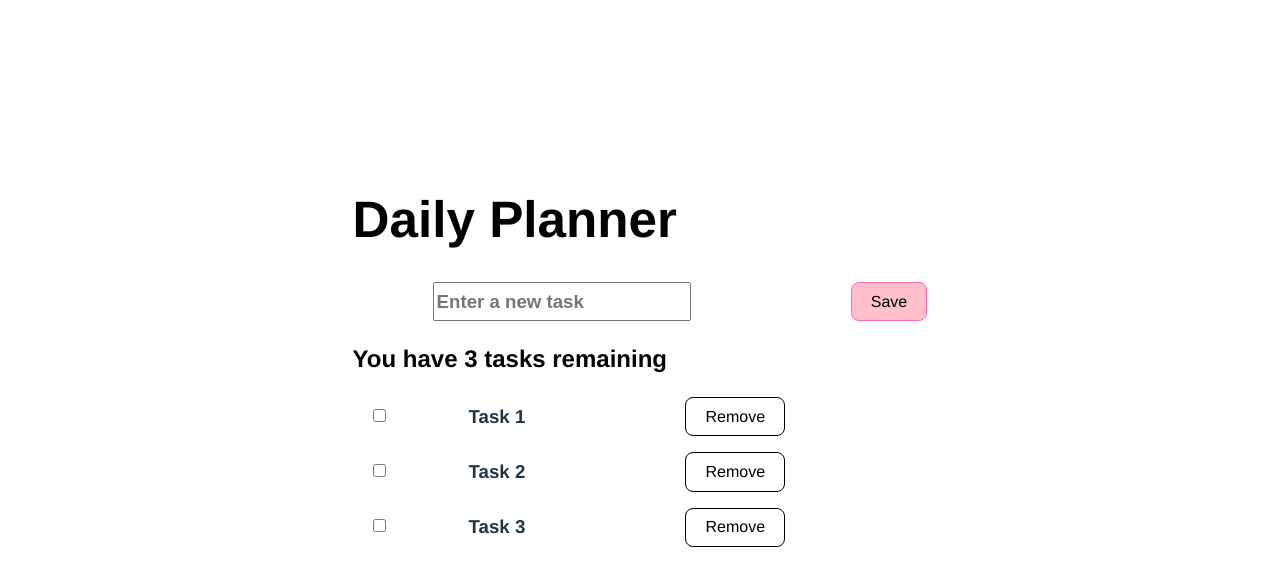
Repository: MonicaNguyenH/Frontend_Assignment6
Page: / (app in react/)
An editor plug-in stored every save of this project. The page is shown before and after the next save, followed by the edit.
The browser window is 1280 px wide. The pictures show the whole page.
The project was rebuilt for these pictures with package versions that can differ from the ones it lists, and the page was loaded fresh each time. Also part of the build but not shown: react/vite.config.js.

Above is the page before, as saved 2024-10-11 01:01:46.

After the next save:
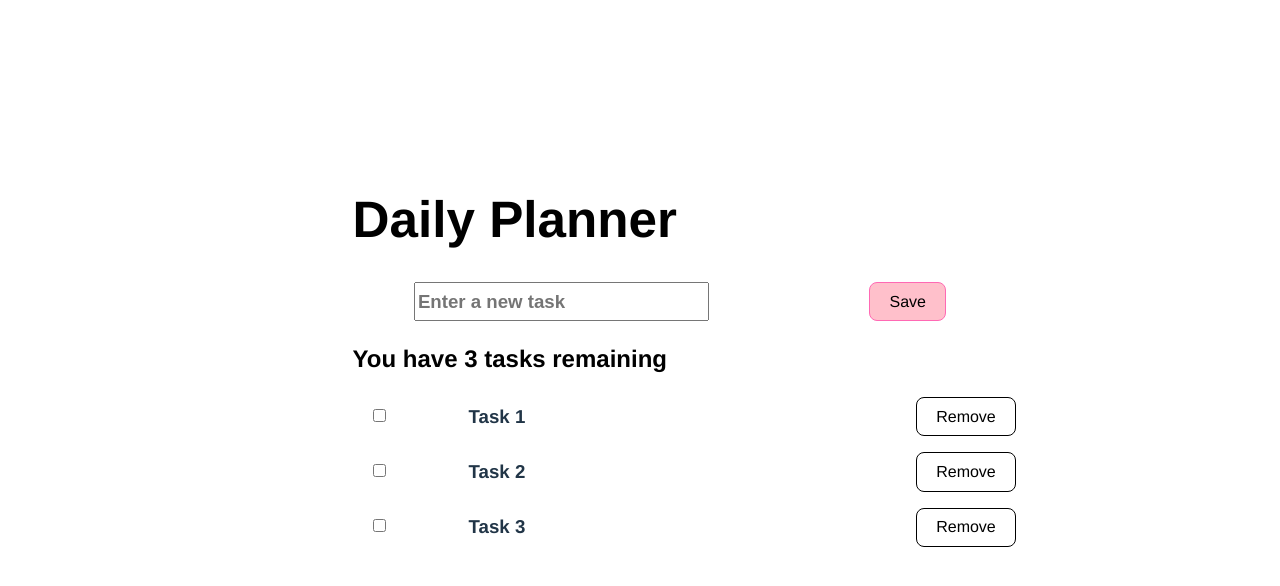
Saved 17 s later.
--- a/react/src/App.css
+++ b/react/src/App.css
@@ -63,6 +63,7 @@
   font-weight: bold;
   font-size: 14pt;
   text-align: left;
+  min-width: 50%;
 }
 
 .task-delete {
